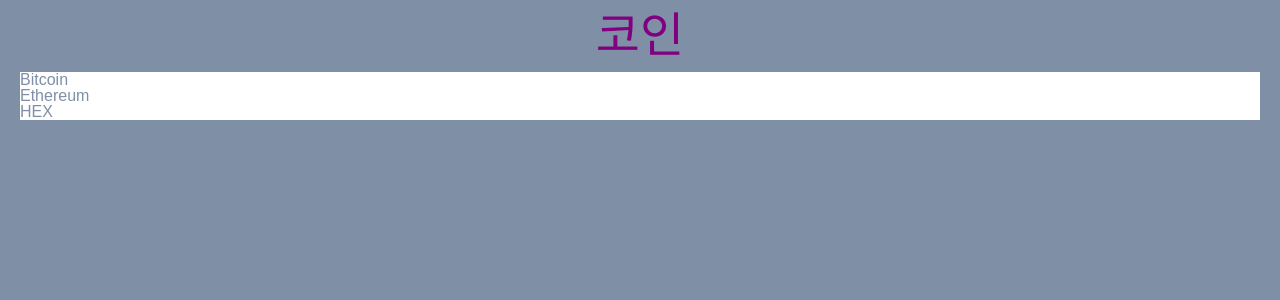
Repository: SeungYn/react-nomad
Page: / (app in cryptotracker/)
These files come from the project's save history. The page is drawn as it stood at one moment and after the next save; the edit follows.
The browser window is 1280 px wide. The pictures show the whole page.
The project was rebuilt for these pictures with package versions that can differ from the ones it lists, and the page was loaded fresh each time. Also part of the build but not shown: cryptotracker/src/routes/Coin.tsx.

Above is the page before, as saved 2023-01-04 12:49:16.

After the next save:
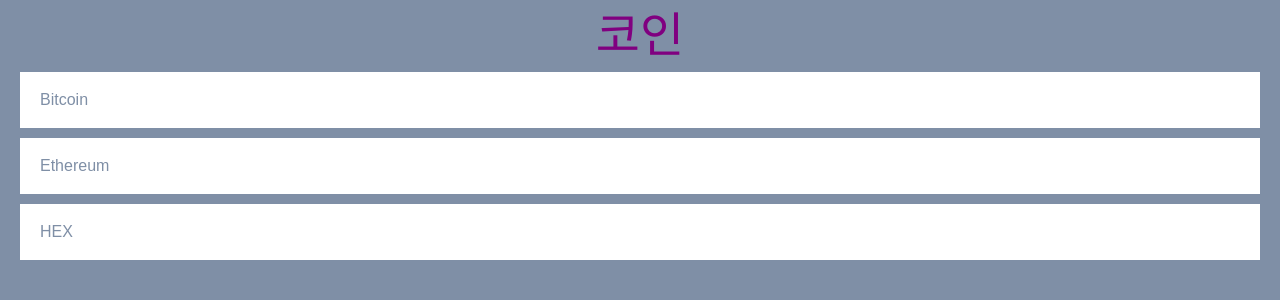
Saved 15 s later.
--- a/cryptotracker/src/routes/Coins.tsx
+++ b/cryptotracker/src/routes/Coins.tsx
@@ -16,6 +16,8 @@
 const Coin = styled.li`
   background-color: white;
   color: ${(props) => props.theme.bgColor};
+  margin-bottom: 10px;
+  padding: 20px;
 `;
 
 const Title = styled.h1`
